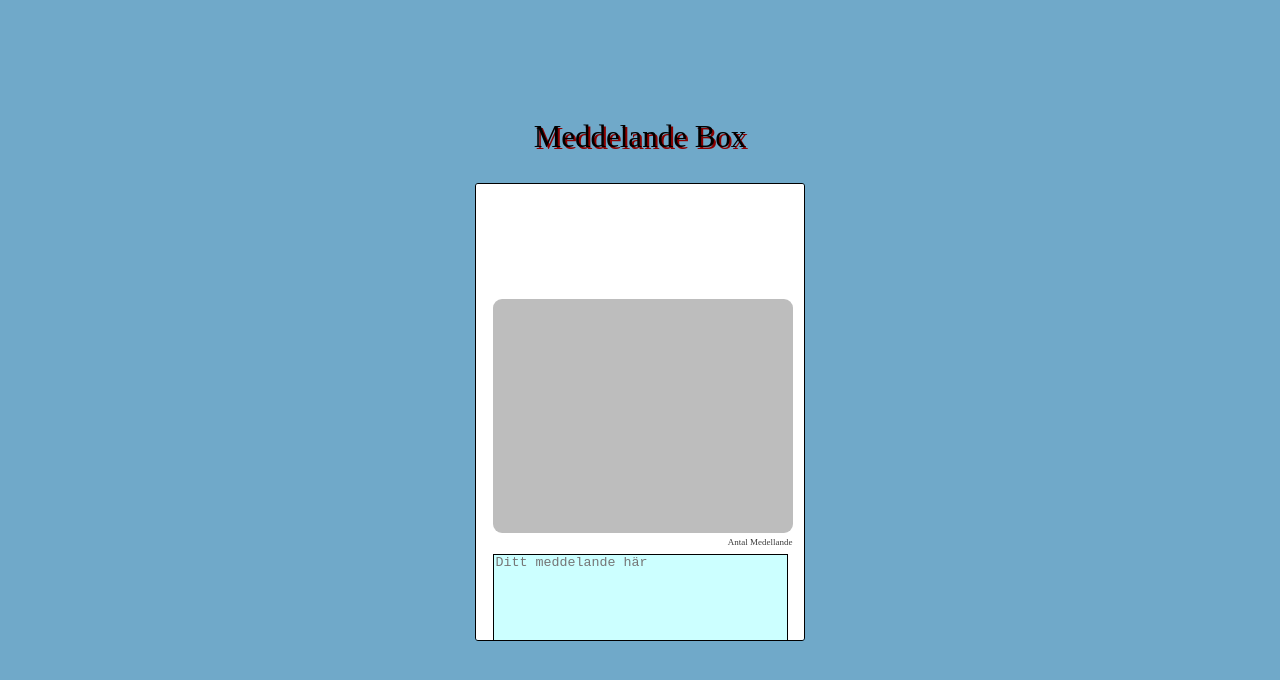
Repository: ls222vy/ls222vy-1dv403-laborationer
Page: 2-labbymezzage/index.html
The author's editor kept a record of every edit. The page is drawn from the files as they stood at one moment, then again after the next edit.
The browser window is 1280 px wide. The pictures show the whole page.

Above is the page before.

After the next edit:
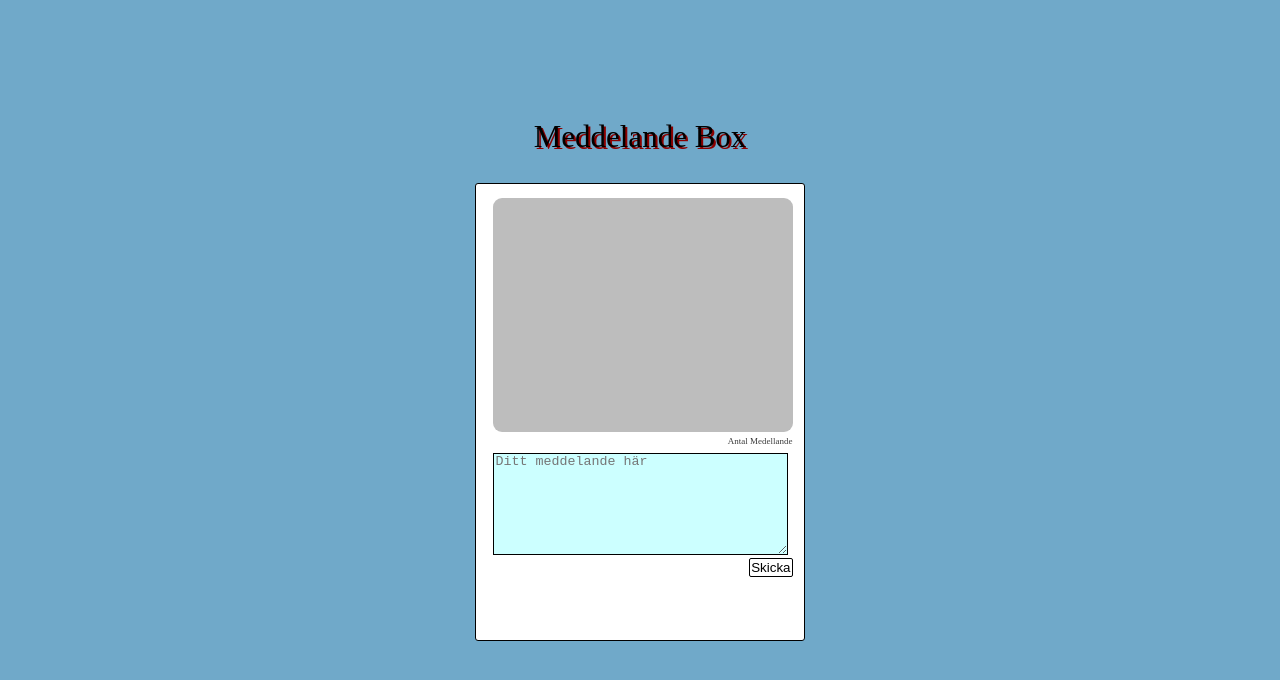
The edit:
--- a/2-labbymezzage/css/style.css
+++ b/2-labbymezzage/css/style.css
@@ -64,7 +64,7 @@
     text-shadow: 2px 2px #8b0000;
 }
 #messagearea {
-    margin-top:115px;
+    margin-top:14px;
     margin-left:auto;
     margin-right: auto;
     width:300px;
